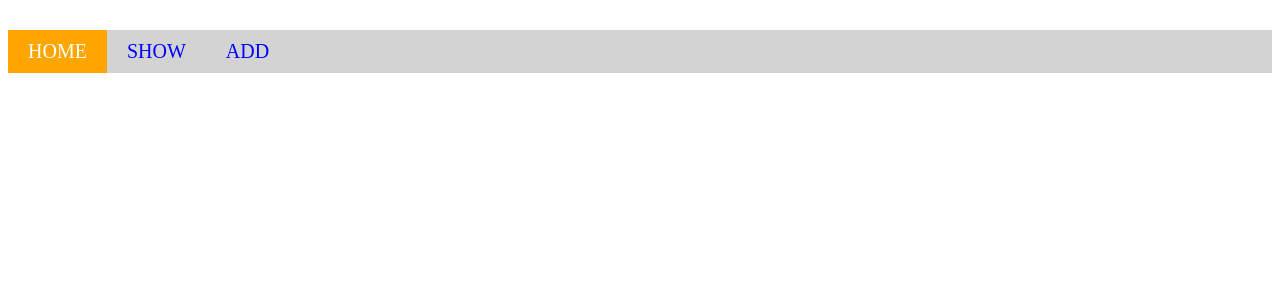
Repository: jalaj2123/SPRING-ORM
Page: Webap/src/main/webapp/home.html
These files come from the project's save history. The page is drawn as it stood at one moment and after the next save; the edit follows.
The browser window is 1280 px wide. The pictures show the whole page.
The pointer rests on the first visible `li a`.

Above is the page before, as saved 2022-03-16 12:54:57.

### Webap/src/main/webapp/home.html
<!DOCTYPE html>
<html>
<head>
<meta charset="ISO-8859-1">
<title>Insert title here</title>

<style>
ul
{
  list-style-type: none;
  margin: 0;
  padding: 0px;
  overflow: hidden;
  background-color: lightgray;
}
li a {
  display: block;
  color: blue;
 font-size:20px;
  text-align: center;
  padding: 10px 20px;
  text-decoration: none;
}
  li
   {
  float: left;
}
li a:hover
{
  background-color: orange;
  color: white;
}


</style>
</head>
<body>
<marquee behavior="scroll" direction="right">MVC,MAVEN</marquee>
<ul>
<li><a href="home.html">HOME</a></li>
<li><a href="index.jsp">SHOW</a></li>
<li><a href="Insert">ADD</a></li>
</ul>
</body>
</html>

After the next save:
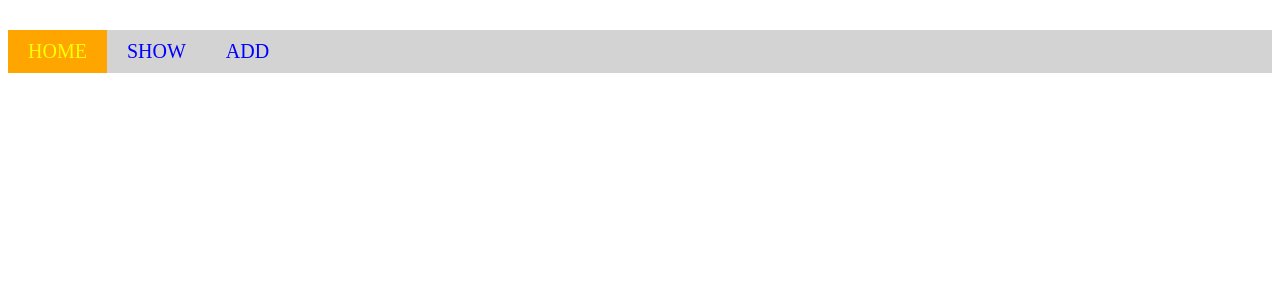
Saved 26 s later.
--- a/Webap/src/main/webapp/home.html
+++ b/Webap/src/main/webapp/home.html
@@ -28,7 +28,7 @@ li a {
 li a:hover
 {
   background-color: orange;
-  color: white;
+  color: yellow;
 }
 
 
